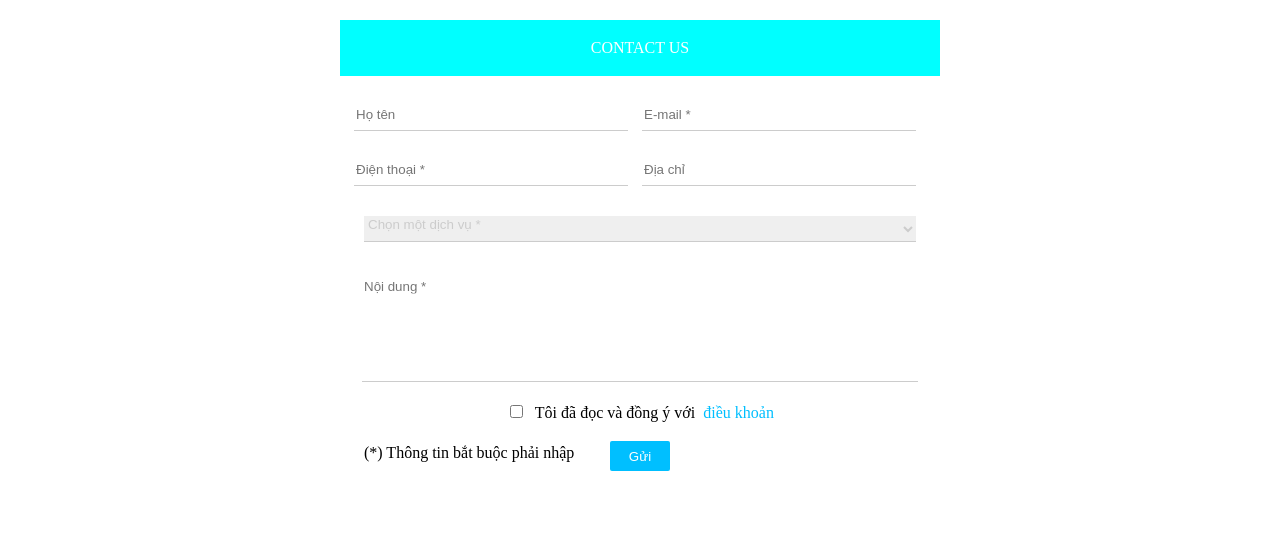
Repository: vanh1604/exercises
Page: baitap/Car/contact.html
An editor plug-in stored every save of this project. The page is shown before and after a run of saves, followed by the edit.
The browser window is 1280 px wide. The pictures show the whole page.

Above is the page before, as saved 2023-03-29 17:25:14.

After the next 2 saves:
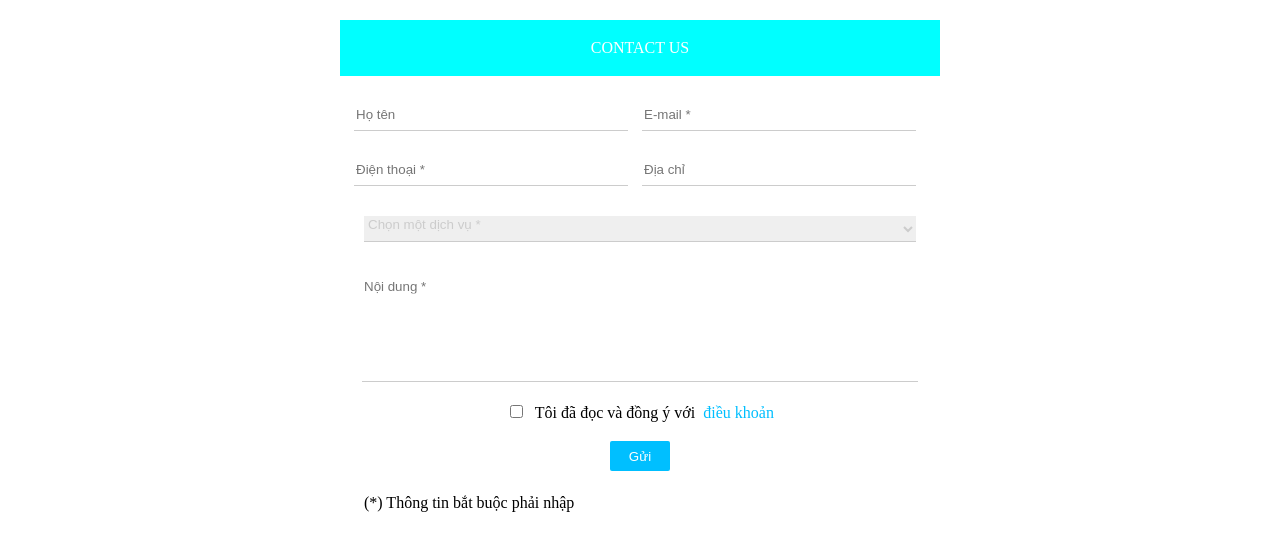
The 2 saves are shown as one change because they came seconds apart.
The last was saved 20 s later.
--- a/baitap/Car/contact.css
+++ b/baitap/Car/contact.css
@@ -81,5 +81,5 @@ button:focus {
   margin-left: 4%;
   padding-bottom: 10px;
   position: absolute;
-  bottom: 0;
+  bottom: -50px;
 }
